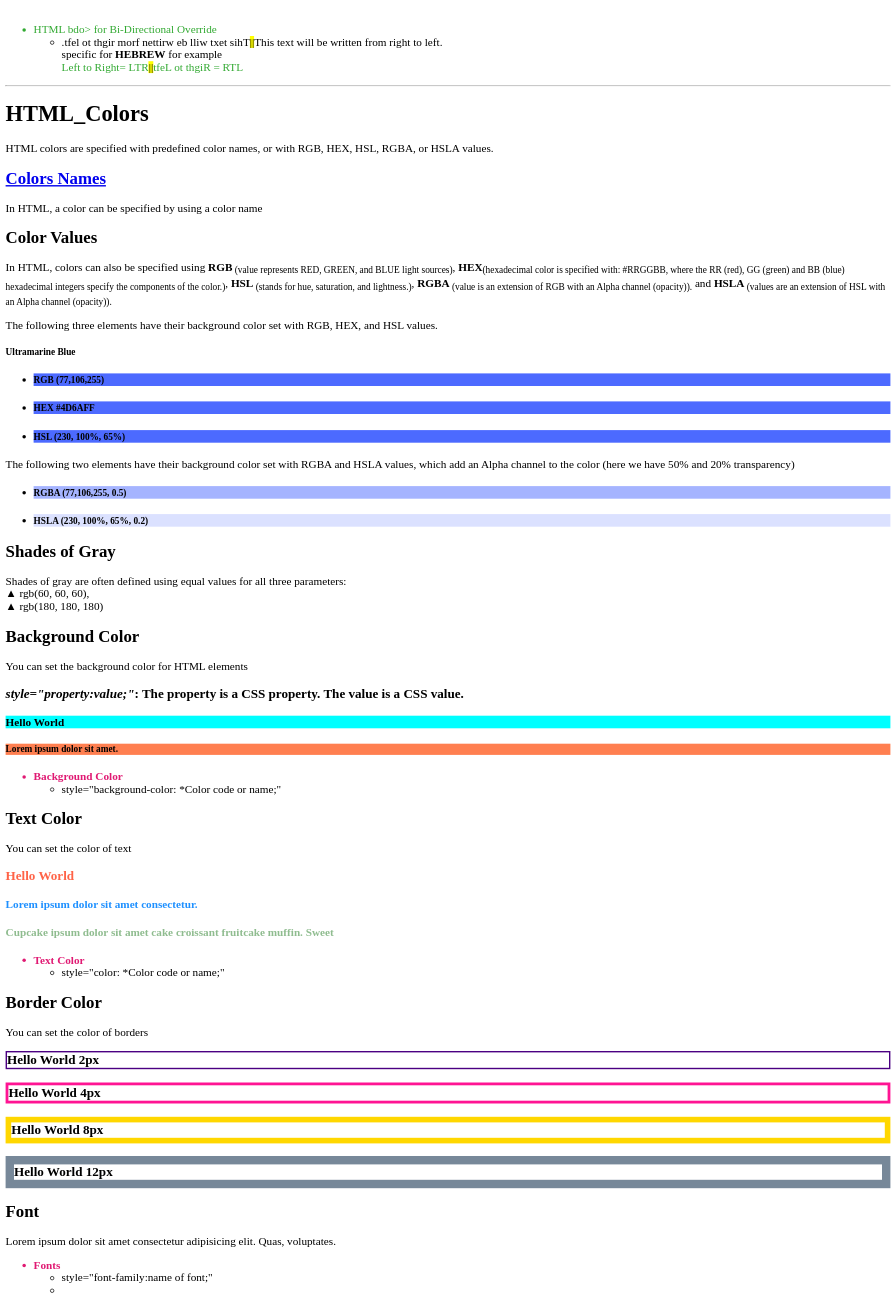
Repository: AnnaSpirit/2025_
Page: Bases/OK/HTML_Text_Formatting.html
The author's editor kept a copy of each file at every save. The page is drawn from the files as they stood at one save, then again after a run of saves.
The browser window is 1280 px wide. The pictures show the part of the page from y = 1309 to 3229 px (the page is 3177 px tall before and 3229 px after), at 70% of full size.

Above is the page before, as saved 2025-01-09 15:41:19.

After the next 4 saves:
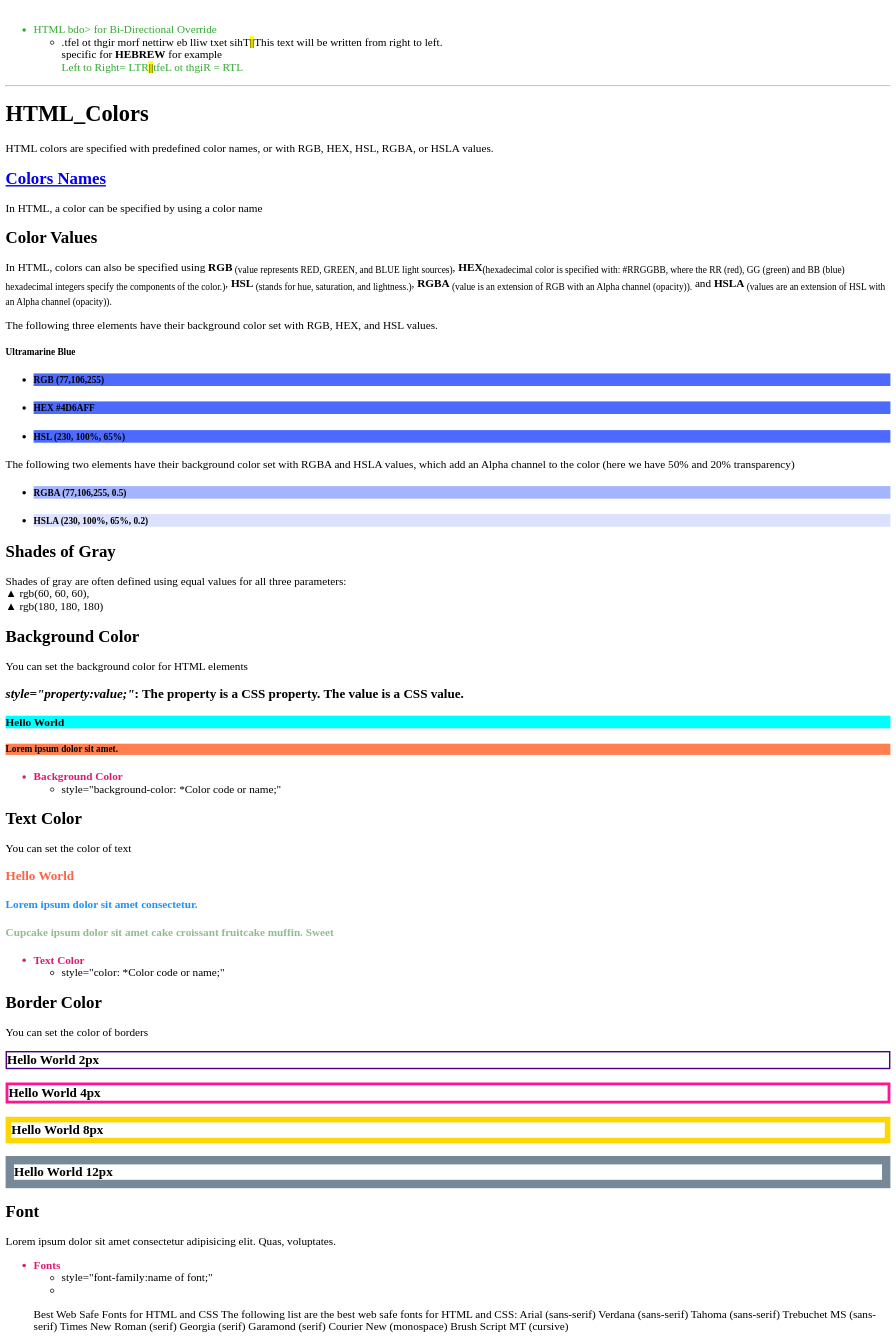
The 4 saves are shown as one change because they came seconds apart.
The last was saved 2 min 12 s later.
--- a/Bases/OK/HTML_Text_Formatting.html
+++ b/Bases/OK/HTML_Text_Formatting.html
@@ -221,6 +221,20 @@
             <li>style="font-family:name of font;"</li>
             <li></li>
         </ul>
+        <p>Best Web Safe Fonts for HTML and CSS
+
+        The following list are the best web safe fonts for HTML and CSS:
+
+        Arial (sans-serif)
+        Verdana (sans-serif)
+        Tahoma (sans-serif)
+        Trebuchet MS (sans-serif)
+        Times New Roman (serif)
+        Georgia (serif)
+        Garamond (serif)
+        Courier New (monospace)
+        Brush Script MT (cursive)
+</p>
     </p>
     </p>
 </body>
